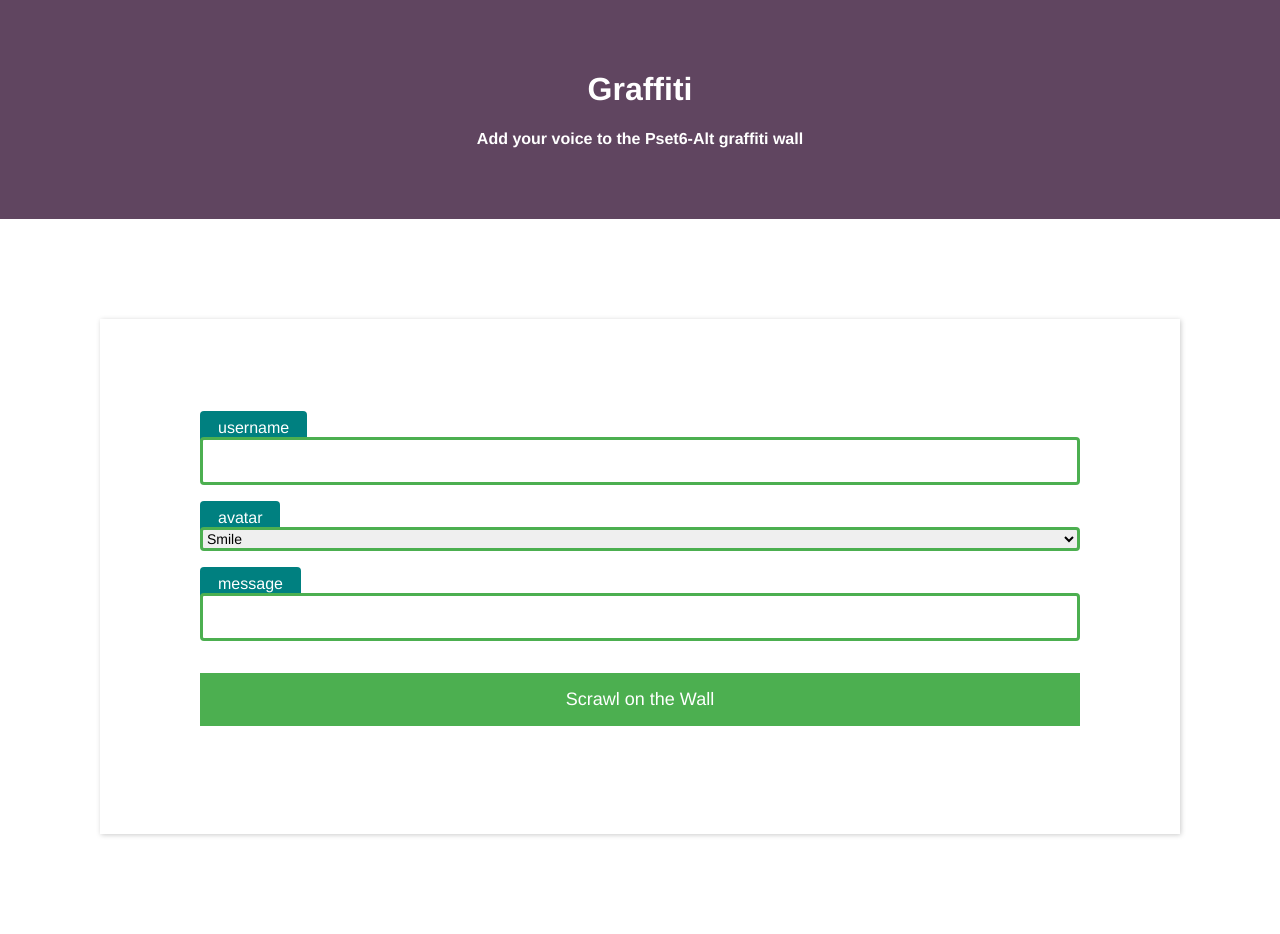
Repository: egniebauer/cs50x-LaunchCode
Page: pset-graffitiwall/graffiti.html
The author's editor kept a record of every edit. The page is drawn from the files as they stood at one moment, then again after the next edit.
The browser window is 1280 px wide. The pictures show the whole page.
Some web libraries are served in a nearby version.

Above is the page before.

### pset-graffitiwall/graffiti.html
<!DOCTYPE html>
<html>
<head>
    <title>Graffiti</title>
    <link rel="stylesheet" type="text/css" href="styles.css" />
</head>
<body>
    <div class="heading">
        <h1>Graffiti</h1>
        <h4>Add your voice to the Pset6-Alt graffiti wall</h4>
    </div>

    <div class="card">

        <!-- Don't change the id. Our JS script below is looking for "slackForm". -->
        <form id="slackForm" action="https://hooks.slack.com/services/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" method="POST">

            <!-- TODO: add the necessary fields, action, submit button, etc -->
            <label for="username">username</label><br />
            <input type="text" name="username"/><br />

            <label for="avatar">avatar</label><br />
            <select name="icon_emoji">
                <option value=":smile:">Smile</option>
                <option value=":muscle:">Muscle</option>
                <option value=":eyes:">Eyes</option>
                <option value=":baby_chick:">Baby Chick</option>
                <option value=":sushi:">Sushi</option>
                <option value=":moyai:">Moyai</option>
            </select><br />

            <label for="message">message</label><br />
            <input type="text" name="text"/><br />

            <input type="submit" value="Scrawl on the Wall">

        </form>
    </div>

    <!-- here we include some javascript: first a few libraries... -->
    <script src="https://ajax.googleapis.com/ajax/libs/jquery/1.8.3/jquery.min.js"></script>
    <script src="http://code.jquery.com/ui/1.9.2/jquery-ui.js"></script>

    <!-- ...and then our own script -->
    <script type="text/javascript">

        // first get a reference to the form
        var slackForm = document.getElementById("slackForm");

        // right before the form submits, execute the function called populatePayloadField
        slackForm.onsubmit = populatePayloadField;

        function populatePayloadField() {
            // convert form fields into a JSON string
            var formData = getFormData();
            delete formData.payload;
            jsonString = JSON.stringify(formData);

            // create a new hidden input and add it to the form
            var payloadInput = document.createElement("input");
            payloadInput.setAttribute("type", "hidden");
            payloadInput.setAttribute("name", "payload");
            payloadInput.setAttribute("value", jsonString);
            console.log(payloadInput);
            slackForm.appendChild(payloadInput);
            console.log(slackForm);
        }

        // a helper function to return a javascript object containing all the form's fields
        function getFormData() {
            var object = {};
            var fields = $("#slackForm").serializeArray();
            for (var i = 0; i < fields.length; i++) {
                var field = fields[i];
                object[field.name] = field.value;
            }
            return object;
        }
    </script>

</body>
</html>

### pset-graffitiwall/styles.css
body {
    margin: 0;
    font-size: 16px;
    font-family: helvetica;
}

.card {
    margin: 100px;
    padding: 100px;
    box-shadow: 1px 1px 5px #ccc;
}

.heading {
    padding: 50px;
    color: white;
    background: #604560;
    text-align: center;
}

input[type=text] {
    border: 3px solid #4CAF50;
    border-radius: 4px;
    width: 100%;
    padding: 12px 20px;
    box-sizing: border-box;
    display: inline-block;
    margin-top: 0;
    margin-bottom: 24px;
    margin-right: 0;
    margin-left: 0;
    font-size: 16px;
    font-family: helvetica;
}

select {
    border: 3px solid #4CAF50;
    border-radius: 4px;
    width: 100%;
    margin: 8px 0;
    box-sizing: border-box;
    margin-top: 0;
    margin-bottom: 24px;
    margin-right: 0;
    margin-left: 0;
    font-size: 14px;
    font-family: helvetica;
}

input[type=submit] {
    background-color: #4CAF50;
    border: none;
    color: white;
    padding: 16px 20px;
    text-decoration: none;
    margin: 8px 0;
    cursor: pointer;
    width: 100%;
    font-size: 18px;
    font-family: helvetica;
}

label {
    background-color: teal;
    border: none;
    color: white;
    padding: 8px 18px;
    border-radius: 4px;
    font-size: 16px;
    font-family: helvetica;
}

After the next edit:
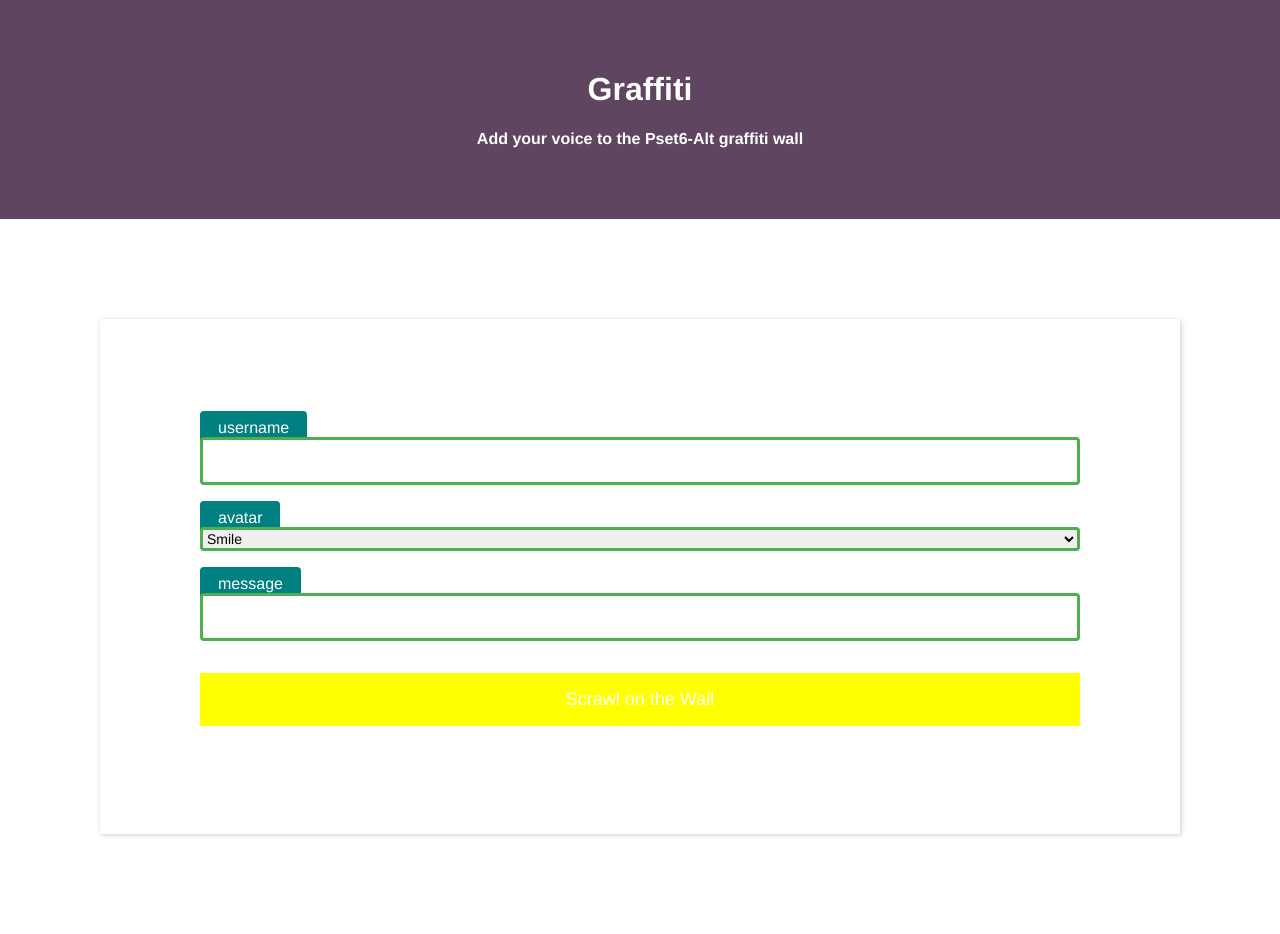
The edit:
--- a/pset-graffitiwall/styles.css
+++ b/pset-graffitiwall/styles.css
@@ -47,7 +47,7 @@
 }
 
 input[type=submit] {
-    background-color: #4CAF50;
+    background-color: yellow;
     border: none;
     color: white;
     padding: 16px 20px;
